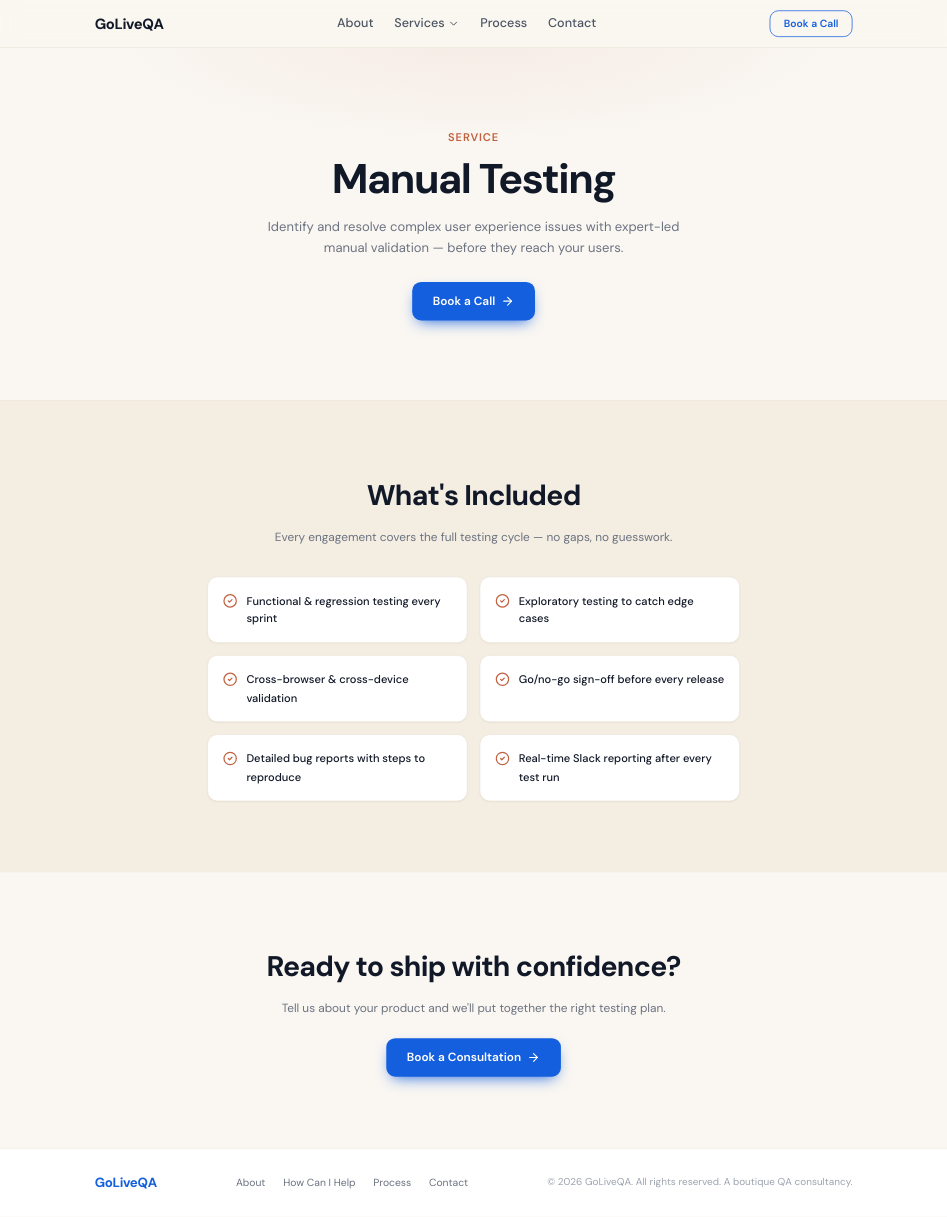
Repository: Monika281992/GoLiveQA
Page: /manual-testing
These files come from the project's save history. The page is drawn as it stood at one moment and after the next save; the edit follows.
The browser window is 1280 px wide. The pictures show the whole page, at 74% of full size.
The project was rebuilt for these pictures with package versions that can differ from the ones it lists, and the page was loaded fresh each time. The framework's server and built-in components were replaced by stand-ins that run in the browser. Also part of the build but not shown: next.config.mjs.

Above is the page before, as saved 2026-06-27 12:49:51.

After the next save:
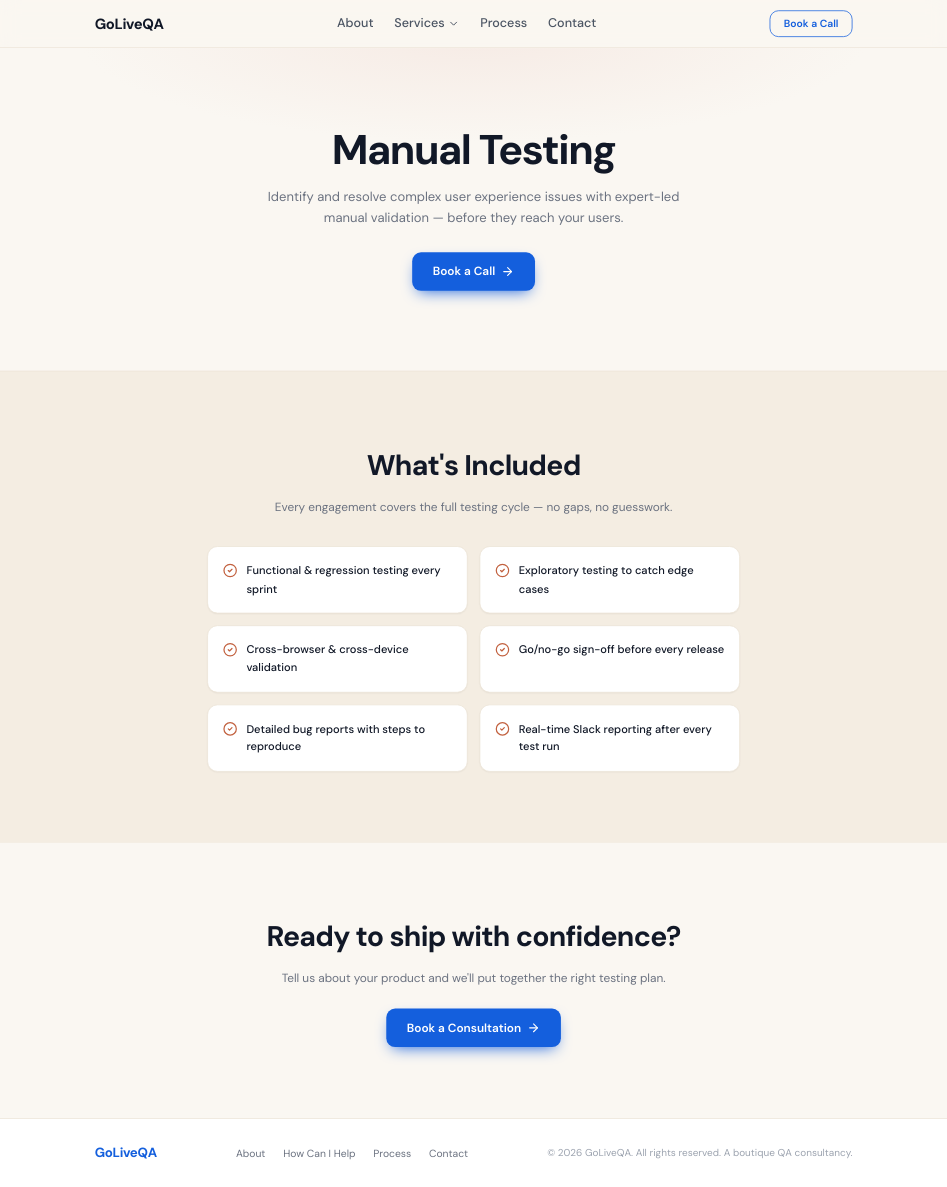
Saved 31 s later.
--- a/app/manual-testing/page.tsx
+++ b/app/manual-testing/page.tsx
@@ -26,9 +26,6 @@ export default function ManualTestingPage() {
         <section className="relative overflow-hidden py-16 md:py-24 lg:py-[108px]">
           <div className="pointer-events-none absolute inset-0 bg-[radial-gradient(58%_46%_at_50%_-4%,#f6ebe5,transparent_72%)]" />
           <div className="relative mx-auto max-w-[760px] px-5 text-center sm:px-8 lg:px-12">
-            <p className="mb-4 text-[15px] font-semibold uppercase tracking-[0.08em] text-accent">
-              Service
-            </p>
             <h1 className="text-[clamp(2.2rem,5vw,3.5rem)] font-bold leading-[1.05] tracking-[-0.035em] text-ink">
               Manual Testing
             </h1>
